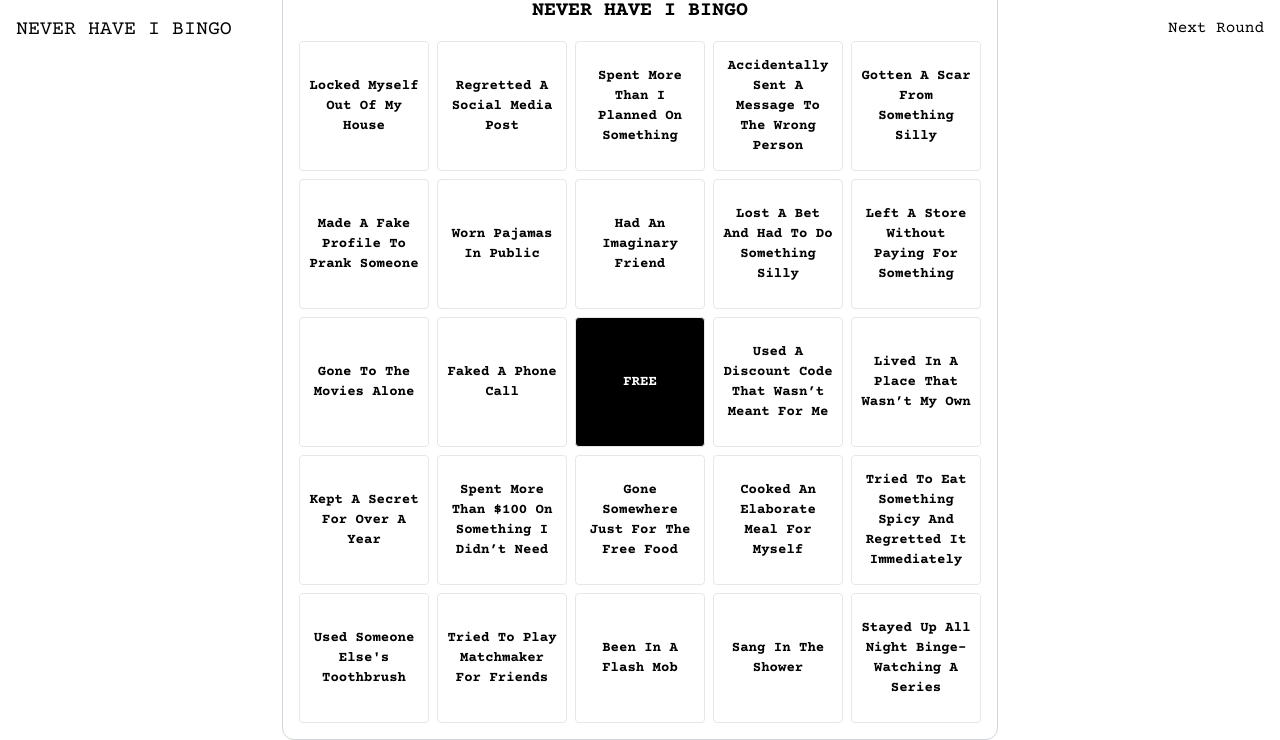
Repository: Jeysmeister/sensoryminds-bingo
Page: /
An editor plug-in stored every save of this project. The page is shown before and after the next save, followed by the edit.
The browser window is 1280 px wide. The pictures show the whole page.
The project was rebuilt for these pictures with package versions that can differ from the ones it lists, and the page was loaded fresh each time. The framework's server and built-in components were replaced by stand-ins that run in the browser. Also part of the build but not shown: next.config.ts.

Above is the page before, as saved 2024-11-12 17:38:52.

### app/layout.tsx
import type { Metadata } from "next";
import { Courier_Prime } from "next/font/google";
import "./globals.css";
import Header from "./components/Header";

export const metadata: Metadata = {
  title: "Never have I BINGO",
  description: "Sensory Minds Front-End Coding Challenge",
};

const courier = Courier_Prime({
  subsets: ["latin"],
  weight: ["400", "700"],
});

export default function RootLayout({
  children,
}: Readonly<{
  children: React.ReactNode;
}>) {
  return (
    <html lang="en">
      <body className={`${courier.className} antialiased`}>
        <Header />
        {children}
      </body>
    </html>
  );
}

### app/page.tsx
import { neverHaveIEverQuestions } from "@/data/questions";
import BingoCard from "./components/BingoCard";

export default function Home() {
  const getRandomQuestions = (count: number) => {
    const shuffled = [...neverHaveIEverQuestions].sort(() => 0.5 - Math.random());
    return shuffled.slice(0, count);
  };
  const questions = getRandomQuestions(24);
  return (
    <div className="w-screen h-screen flex justify-center items-center">
      <BingoCard questions={questions} />
    </div>
  );
}

### app/components/Header.tsx
const Header = () => {
  return (
    <div className="h-10 p-4  absolute top-0 w-screen flex justify-between">
      <div className="text-xl">NEVER HAVE I BINGO</div>
      <div>Next Round</div>
    </div>
  );
};

export default Header;

### data/questions.ts
export const neverHaveIEverQuestions = [
  "laughed so hard I snorted",
  "eaten a whole pizza by myself",
  "stayed up all night binge-watching a series",
  "danced in the rain",
  "tried to learn another language just to impress someone",
  "accidentally texted the wrong person",
  "pretended to know a celebrity",
  "had a nightmare about work or school",
  "played a prank on a teacher or boss",
  "gone skinny dipping",
  "gotten lost in an amusement park",
  "been on a blind date",
  "pretended to be on a cooking show while making food",
  "locked myself out of my house",
  "forgotten an important anniversary or birthday",
  "tried a weird food combination that I ended up loving",
  "cried during a movie",
  "played a video game all night",
  "forgotten someone's name right after meeting them",
  "laughed at a joke I didn't get",
  "sung karaoke in public",
  "cried at a wedding",
  "been the last one awake at a sleepover",
  "tried to start a fire without matches or a lighter",
  "accidentally sent a message to the wrong person",
  "made up an excuse to get out of a date",
  "accidentally walked into the wrong restroom",
  "gotten a tattoo I regretted",
  "pretended to like a gift I didn't like",
  "been on a roller coaster",
  "cried during a song",
  "fainted in public",
  "had my phone fall in water",
  "pretended to be sick to skip school or work",
  "done a backflip",
  "lied to my best friend",
  "been scared of clowns",
  "cried at a concert",
  "sang in the shower",
  "had a crush on a teacher",
  "broken a bone",
  "eaten food that was still frozen",
  "gotten stitches",
  "driven a car",
  "ridden a motorcycle",
  "been to a haunted house",
  "been on TV",
  "been afraid of the dark",
  "been stuck in an elevator",
  "lost my wallet",
  "cooked an elaborate meal for myself",
  "accidentally broken a friend's item and didn't tell them",
  "regretted a social media post",
  "missed a flight",
  "forgotten my passport while traveling",
  "made a mess and left it for someone else to clean",
  "skipped school or work for a road trip",
  "written a poem for someone",
  "fallen asleep on public transportation and missed my stop",
  "said 'you too' when a cashier said 'enjoy your meal'",
  "been told I look like a celebrity",
  "stayed up all night talking to someone",
  "gone to a costume party as myself",
  "bought something just for the packaging",
  "tried to do the splits",
  "put something back on the shelf after deciding not to buy it",
  "worn pajamas in public",
  "ordered an item of food just to take a picture of it",
  "walked into a glass door",
  "gone somewhere just for the free food",
  "tried a dance move from a music video",
  "lost something important and found it years later",
  "kept a plant alive for over a year",
  "given a fake name at a coffee shop",
  "forgotten where I parked my car",
  "forgotten my own phone number",
  "sent a text while angry that I regretted later",
  "watched an entire series in a single day",
  "had a song stuck in my head for days",
  "missed an important event because I overslept",
  "gotten sunburned so badly I peeled",
  "tried to ice skate and fallen",
  "been in a flash mob",
  "left a comment on a stranger's social media",
  "gone to the movies alone",
  "pretended to understand something I didn't",
  "stolen something small from a hotel",
  "broken a bone and not realized it immediately",
  "sent an email without proofreading it first",
  "taken a personality quiz online",
  "signed up for something I didn't want just for a freebie",
  "gotten a scar from something silly",
  "apologized to an object after bumping into it",
  "lost track of time while browsing the internet",
  "taken a selfie with a pet",
  "stayed in pajamas all day",
  "been seasick",
  "seen a ghost",
  "tried to play matchmaker for friends",
  "pretended I knew the words to a song",
  "kept a secret for over a year",
  "ate something weird just to prove I could",
  "looked up my own name on the internet",
  "changed my hairstyle on a whim",
  "put salt in coffee or tea by accident",
  "eaten a whole cake by myself",
  "watched a movie and fell asleep halfway through",
  "had an imaginary friend",
  "been to a concert",
  "eaten food that was past its expiration date",
  "accidentally called someone by the wrong name",
  "broken something expensive and blamed it on someone else",
  "spent more than $100 on something I didn’t need",
  "used someone else's toothbrush",
  "tried to eat something spicy and regretted it immediately",
  "posted something embarrassing online",
  "tried to flirt and failed miserably",
  "lied about my age",
  "been on a dating app",
  "used a fake ID",
  "faked being sick to avoid something",
  "lived in a place that wasn’t my own",
  "kept something from my childhood",
  "had a pet that wasn’t a dog or cat",
  "faked a phone call",
  "ate something because it was trendy",
  "thought I was going to die at some point",
  "slept through an alarm",
  "danced in front of a mirror",
  "sang in front of a mirror",
  "had a food fight",
  "tried to become friends with someone just because they were popular",
  "stalked someone on social media",
  "tried to break up with someone but didn’t",
  "had a crush on a fictional character",
  "joined a group just to get discounts",
  "told someone a secret and regretted it",
  "ate something I didn’t like to be polite",
  "cheated on a test",
  "used a burner phone",
  "felt awkward in a social setting",
  "kept a childhood toy",
  "threw a surprise party for someone",
  "accidentally walked into a room full of people while I was on a video call",
  "joined a club to meet new people",
  "went on a blind date",
  "helped a friend cheat on an exam",
  "had a weird pet",
  "forgotten to charge my phone",
  "called in sick to work when I wasn’t",
  "been caught stealing something",
  "tried to take a shortcut that ended up being longer",
  "left a store without paying for something",
  "made a fake profile to prank someone",
  "kept a really embarrassing thing secret from my family",
  "met someone famous",
  "slept through an important meeting",
  "had a crush on a teacher",
  "sang in public",
  "had a bad haircut and didn’t tell anyone",
  "used a dating app without success",
  "snuck into a movie",
  "made a prank phone call",
  "used someone’s Netflix account without permission",
  "went on a vacation alone",
  "used a discount code that wasn’t meant for me",
  "accidentally wore mismatched socks",
  "tried a weird life hack that didn’t work",
  "got scammed online",
  "eaten an entire chocolate bar in one sitting",
  "seen something creepy and didn’t tell anyone",
  "been told to be quiet in a library",
  "been to a theme park with friends",
  "gotten in trouble for something I didn’t do",
  "had a fashion disaster",
  "was a picky eater when I was younger",
  "accidentally liked an old photo on social media",
  "wore sunglasses inside",
  "stayed up late for no reason",
  "had an awkward family gathering",
  "been called out in a public place",
  "tried to impress someone and failed",
  "lost a bet and had to do something silly",
  "said something inappropriate in front of my parents",
  "been to a concert of a band I didn’t like",
  "laughed during a serious moment",
  "tried to sell something I didn’t need",
  "talked to someone only to realize I had met them before",
  "tried to skip a line and got caught",
  "ate food that was not prepared by me",
  "tried to fix something and made it worse",
  "was shocked by something that turned out to be a prank",
  "pretended to be asleep when someone walked in",
  "had a crush on someone for a long time without telling them",
  "spent too much money on coffee",
  "missed a major event because I overslept",
  "sent a message to the wrong person by accident",
  "accidentally made an embarrassing sound in public",
  "looked up how to do something but still couldn’t",
  "tried to impress someone with a talent I didn’t have",
  "tried a food that sounded good but tasted bad",
  "was caught talking to myself in public",
  "made a mess and didn’t clean it up",
  "was caught eavesdropping on a conversation",
  "spent more than I planned on something",
  "told someone I was busy when I wasn’t",
  "went somewhere just for the food",
  "tried to act cool but failed",
  "lost something and then found it in a place I looked earlier",
  "spent an entire day in my pajamas",
  "tried a DIY project and it turned out horrible",
  "pretended to be an expert at something",
  "laughed at a joke I didn’t understand",
  "accidentally sent a text with a typo to my boss",
  "talked to someone for a while only to realize they weren’t who I thought",
  "tried to speak another language and failed",
  "got caught in a lie",
  "accidentally said something inappropriate",
  "pretended to know how to drive but didn’t",
  "lost my phone and found it in the last place I looked",
  "ate something and immediately regretted it",
  "been surprised by a surprise party",
  "sung a song in the car like it was a concert",
  "pretended to be sick to avoid work",
  "had a pet that I wasn’t responsible for",
  "been on a reality TV show",
  "eaten a whole bag of chips in one sitting",
  "watched something on Netflix that was totally embarrassing",
  "forgotten to reply to a message for a week",
  "gotten lost and found my way by asking for directions",
  "been embarrassed by my own joke",
  "told a bad joke that no one laughed at",
  "forgotten my own birthday",
  "failed a simple task",
  "been caught stealing something small",
  "spied on someone without their knowledge",
  "drank coffee at midnight",
  "accidentally sent a selfie to the wrong person",
  "made a huge mistake at work",
  "accidentally dyed my hair a weird color",
  "acted like I knew something but didn’t",
  "forgotten where I put my phone",
  "told a fib that backfired",
  "shared a secret that wasn’t mine to share",
];

### app/components/BingoCard.tsx
"use client";

import { possibleWins } from "@/data/possibleWins";
import { useEffect, useState } from "react";
import BingoItem from "./BingoItem";
import { motion } from "framer-motion";

const container = {
  hidden: { opacity: 1, scale: 0 },
  visible: {
    opacity: 1,
    scale: 1,
    transition: {
      delayChildren: 0.3,
      staggerChildren: 0.2,
    },
  },
};

const child = {
  hidden: { y: 20, opacity: 0 },
  visible: {
    y: 0,
    opacity: 1,
  },
};

const BingoCard = ({ questions }: { questions: string[] }) => {
  const [marked, setMarked] = useState<number[]>([12]);
  const grid = [...questions.slice(0, 12), "FREE", ...questions.slice(12)];
  const checkForWin = (markedBoxes: number[]) => {
    return possibleWins.some((combination) => combination.every((index) => markedBoxes.includes(index)));
  };
  useEffect(() => {
    console.log(marked);
    const win = checkForWin(marked);
    if (win) {
      console.log("WINNER");
    }
  }, [marked]);

  return (
    <motion.div variants={container} initial="hidden" animate="visible" className="border border-gray-300 p-4 pt-0 rounded-xl">
      <div className="flex w-full justify-center items-center py-4 text-xl font-extrabold">NEVER HAVE I BINGO</div>
      <div className="max-w-[800px] max-h-[800px] grid grid-cols-5 gap-2">
        {grid.map((item, index) => (
          <motion.div variants={child}>
            <BingoItem key={index} index={index} item={item} marked={marked} setMarked={setMarked} />
          </motion.div>
        ))}
      </div>
    </motion.div>
  );
};

export default BingoCard;

### data/possibleWins.ts
export const possibleWins = [
  // Rows
  [0, 1, 2, 3, 4], // Row 1
  [5, 6, 7, 8, 9], // Row 2
  [10, 11, 12, 13, 14], // Row 3
  [15, 16, 17, 18, 19], // Row 4
  [20, 21, 22, 23, 24], // Row 5

  // Columns
  [0, 5, 10, 15, 20], // Column 1
  [1, 6, 11, 16, 21], // Column 2
  [2, 7, 12, 17, 22], // Column 3
  [3, 8, 13, 18, 23], // Column 4
  [4, 9, 14, 19, 24], // Column 5

  // Diagonals
  [0, 6, 12, 18, 24], // Diagonal 1
  [4, 8, 12, 16, 20], // Diagonal 2
];

### app/components/BingoItem.tsx
"use client";

import { useState } from "react";
import { motion } from "framer-motion";

const BingoItem = ({ index, item, marked, setMarked }: { index: number; item: string; marked: number[]; setMarked: (value: number[]) => void }) => {
  const [active, setActive] = useState(item === "FREE" ? true : false);
  const handleClick = (index: number) => {
    if (item !== "FREE") {
      const newActive = !active;
      if (newActive) {
        setActive(newActive);
        setMarked([...marked, index]);
      } else {
        setActive(newActive);
        const indexOfItem = marked.indexOf(index);
        setMarked([...marked.splice(0, indexOfItem), ...marked.splice(indexOfItem)]);
      }
    }
  };
  return (
    <motion.div
      initial={{ backgroundColor: "#ffffff" }}
      animate={{
        backgroundColor: active ? "#000000" : "#ffffff",
      }}
      transition={{ duration: 0.5 }}
      key={index}
      className={`relative flex items-center justify-center p-2 h-[130px] w-[130px] border border-gray-200 rounded ${active ? "bg-black text-white" : "bg-white text-black"}`}
      onClick={() => handleClick(index)}
    >
      <p className="text-center text-sm font-extrabold capitalize">{item}</p>
    </motion.div>
  );
};

export default BingoItem;

### components/ui/button.tsx
import * as React from "react"
import { Slot } from "@radix-ui/react-slot"
import { cva, type VariantProps } from "class-variance-authority"

import { cn } from "@/lib/utils"

const buttonVariants = cva(
  "inline-flex items-center justify-center gap-2 whitespace-nowrap rounded-md text-sm font-medium transition-colors focus-visible:outline-none focus-visible:ring-1 focus-visible:ring-ring disabled:pointer-events-none disabled:opacity-50 [&_svg]:pointer-events-none [&_svg]:size-4 [&_svg]:shrink-0",
  {
    variants: {
      variant: {
        default:
          "bg-primary text-primary-foreground shadow hover:bg-primary/90",
        destructive:
          "bg-destructive text-destructive-foreground shadow-sm hover:bg-destructive/90",
        outline:
          "border border-input bg-background shadow-sm hover:bg-accent hover:text-accent-foreground",
        secondary:
          "bg-secondary text-secondary-foreground shadow-sm hover:bg-secondary/80",
        ghost: "hover:bg-accent hover:text-accent-foreground",
        link: "text-primary underline-offset-4 hover:underline",
      },
      size: {
        default: "h-9 px-4 py-2",
        sm: "h-8 rounded-md px-3 text-xs",
        lg: "h-10 rounded-md px-8",
        icon: "h-9 w-9",
      },
    },
    defaultVariants: {
      variant: "default",
      size: "default",
    },
  }
)

export interface ButtonProps
  extends React.ButtonHTMLAttributes<HTMLButtonElement>,
    VariantProps<typeof buttonVariants> {
  asChild?: boolean
}

const Button = React.forwardRef<HTMLButtonElement, ButtonProps>(
  ({ className, variant, size, asChild = false, ...props }, ref) => {
    const Comp = asChild ? Slot : "button"
    return (
      <Comp
        className={cn(buttonVariants({ variant, size, className }))}
        ref={ref}
        {...props}
      />
    )
  }
)
Button.displayName = "Button"

export { Button, buttonVariants }

Loaded but not shown: app/globals.css (common file); tailwind.config.ts (common file); lib/utils.ts (common file)

After the next save:
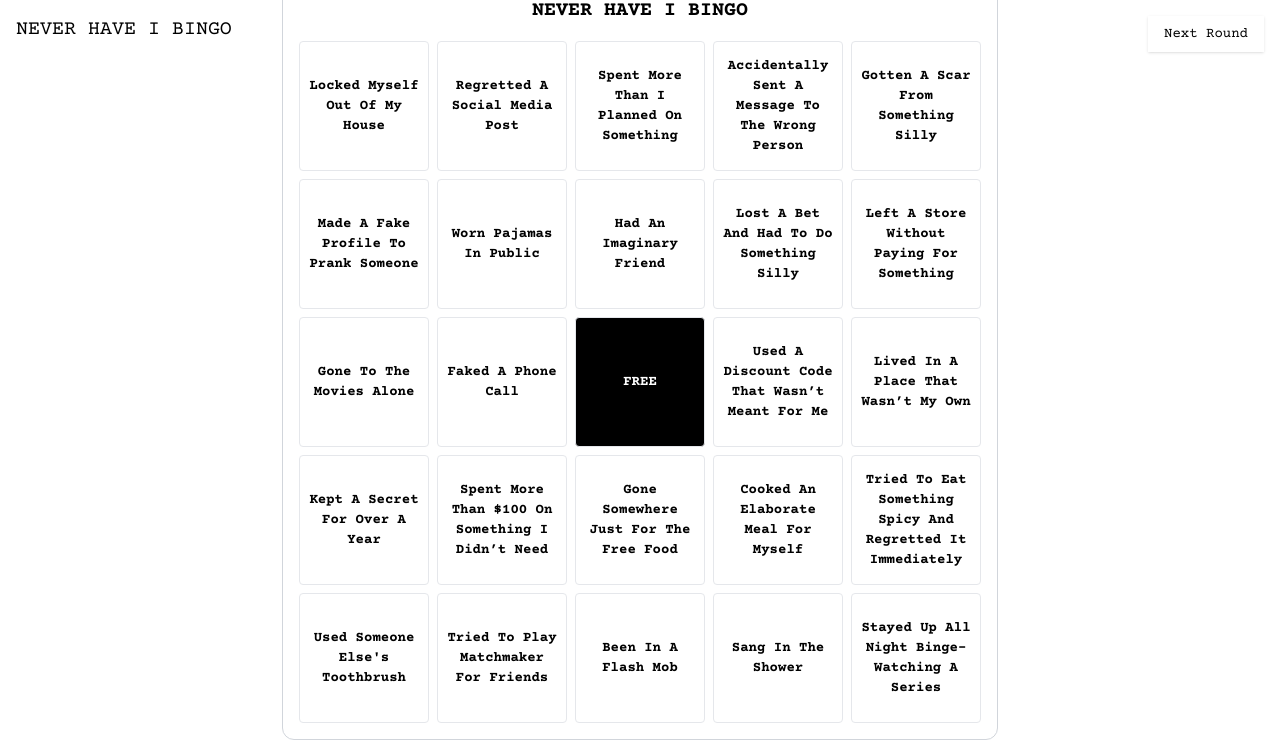
Saved 34 s later.
--- a/app/components/Header.tsx
+++ b/app/components/Header.tsx
@@ -1,8 +1,10 @@
+import { Button } from "@/components/ui/button";
+
 const Header = () => {
   return (
     <div className="h-10 p-4  absolute top-0 w-screen flex justify-between">
       <div className="text-xl">NEVER HAVE I BINGO</div>
-      <div>Next Round</div>
+      <Button>Next Round</Button>
     </div>
   );
 };
